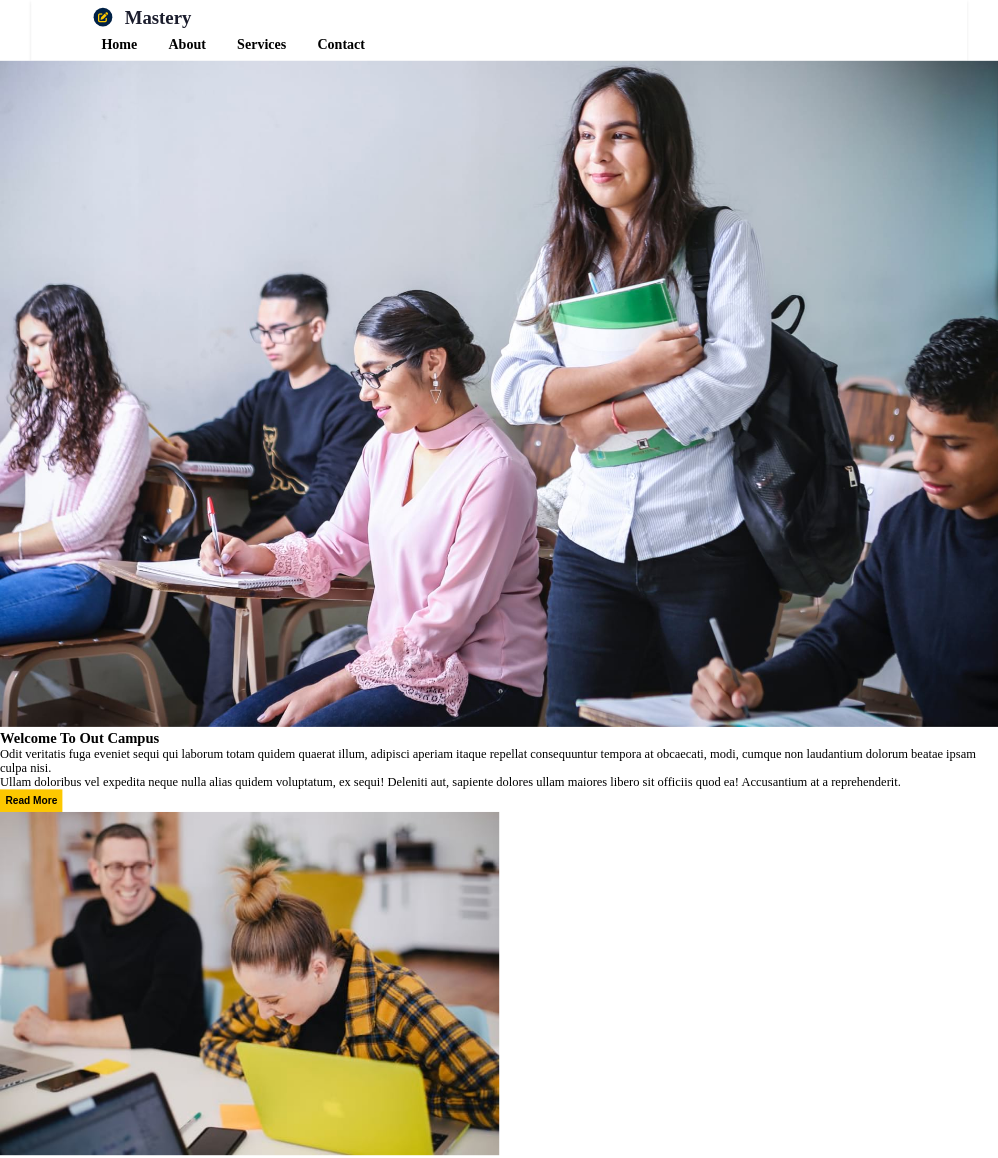
Repository: trminhphuc1504/Mastery
Page: index.html
These files come from the project's save history. The page is drawn as it stood at one moment and after a run of saves; the edit follows.
The browser window is 1280 px wide. The pictures show the whole page, at 78% of full size.
Some web libraries are served in a nearby version.

Above is the page before, as saved 2024-08-22 12:40:48.

### index.html
<!DOCTYPE html>
<html lang="en">
  <head>
    <meta charset="UTF-8" />
    <meta http-equiv="X-UA-Compatible" content="IE=edge" />
    <meta name="viewport" content="width=device-width, initial-scale=1.0" />

    <!-- Font Awesome -->
    <link
      rel="stylesheet"
      href="https://cdnjs.cloudflare.com/ajax/libs/font-awesome/6.6.0/css/all.min.css"
    />

    <link rel="stylesheet" href="./css/style.css" />
    <title>Mastery</title>
  </head>
  <body>
    <!-- Header -->
    <section id="header">
      <div class="container">
        <header>
          <div class="header-logo">
            <a href="#" class="logo">
              <i class="fa-solid fa-pen-to-square"> </i>
              <span class="header-title">Mastery</span>
            </a>
          </div>

          <nav class="header-nav">
            <ul>
              <li>
                <a href="#">Home</a>
              </li>
              <li>
                <a href="#">About</a>
              </li>
              <li>
                <a href="#">Services</a>
              </li>
              <li>
                <a href="#">Contact</a>
              </li>
            </ul>
          </nav>
        </header>
      </div>
    </section>

    <!-- poster -->
    <section id="poster">
      <div class="poster-img">
        <img src="./images/2.jpg" alt="poster" />
      </div>
    </section>

    <!-- banner -->

    <section id="banner">
      <div class="banner-container">
        <div class="banner-item">
          <h3 class="banner-title">Welcome To Out Campus</h3>
          <p class="banner-desc">
            Odit veritatis fuga eveniet sequi qui laborum totam quidem quaerat
            illum, adipisci aperiam itaque repellat consequuntur tempora at
            obcaecati, modi, cumque non laudantium dolorum beatae ipsam culpa
            nisi.<br />
            Ullam doloribus vel expedita neque nulla alias quidem voluptatum, ex
            sequi! Deleniti aut, sapiente dolores ullam maiores libero sit
            officiis quod ea! Accusantium at a reprehenderit.
          </p>
        </div>
        <div class="banner-button">
          <button class="banner-btn"><b> Read More </b></button>
        </div>
        <div class="banner-img">
          <img src="./images/g1.jpg" alt="banner" />
        </div>
      </div>
    </section>
  </body>
</html>

### css/style.css
* {
    margin: 0;
    padding: 0;
    box-sizing: border-box;
}

a{
    text-decoration: none;
}

.container{
    max-width: 1200px;
    margin: auto;
}



/* header .header-logo{
    background-color:pink;
    padding: 20px ;
} */


header{
    background-color:white;
    padding: 10px 0;
    box-shadow: 0 2px 4px rgba(0, 0, 0, 0.1);
}

.header-logo{
    display: flex;
    align-items:center;
    margin-left: 80px;
    margin-bottom: 10px;
}

.logo{
    font-size:24px;
    text-decoration: none;
    text-align: center;

}

.logo i{
    width: 24px;
    height: 24px;
    margin-right: 10px;
    line-height: 24px;
    border-radius:50%;
    background-color:#002146;
    font-size: 13px;
    vertical-align: top;
    color:#FDC800;
    display: inline-block;
}


.header-nav ul{
    list-style: none;
    display: flex;
    gap: 40px;
    display: flex;
    align-items: center;
    margin-left:90px;
}


.logo .header-title{
    color:#1B1D2D;
    font-weight: 700;
}


.header-nav ul li a{
    font-size:18px;
    color:#000;
    font-weight: 600;
}

.poster-img img{
    width:100%;
}


#banner .banner-container .banner-item{

}




.banner-button .banner-btn{
    background-color:#FDC800;
    padding: 5px 5px;
    font-weight: 400;
    font-size: 13px;
    outline: none;
    border:2px solid transparent;
}

.banner .banner-img img{
    width:100%;
}

After the next 2 saves:
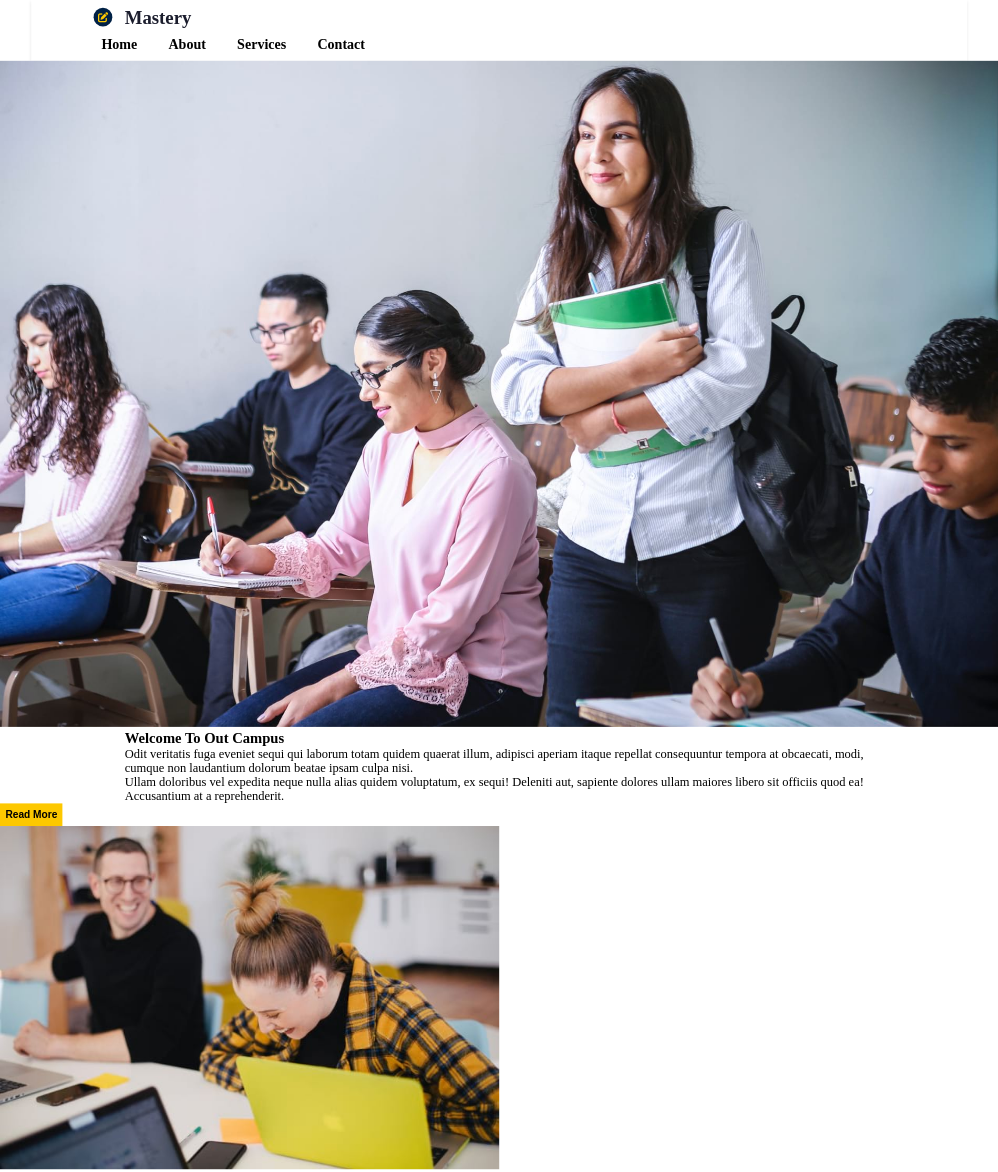
The 2 saves are shown as one change because they came seconds apart.
The last was saved 18 s later.
--- a/css/style.css
+++ b/css/style.css
@@ -83,7 +83,8 @@ header{
 
 
 #banner .banner-container .banner-item{
-
+    margin:auto;
+    width:75%;
 }
 
 
